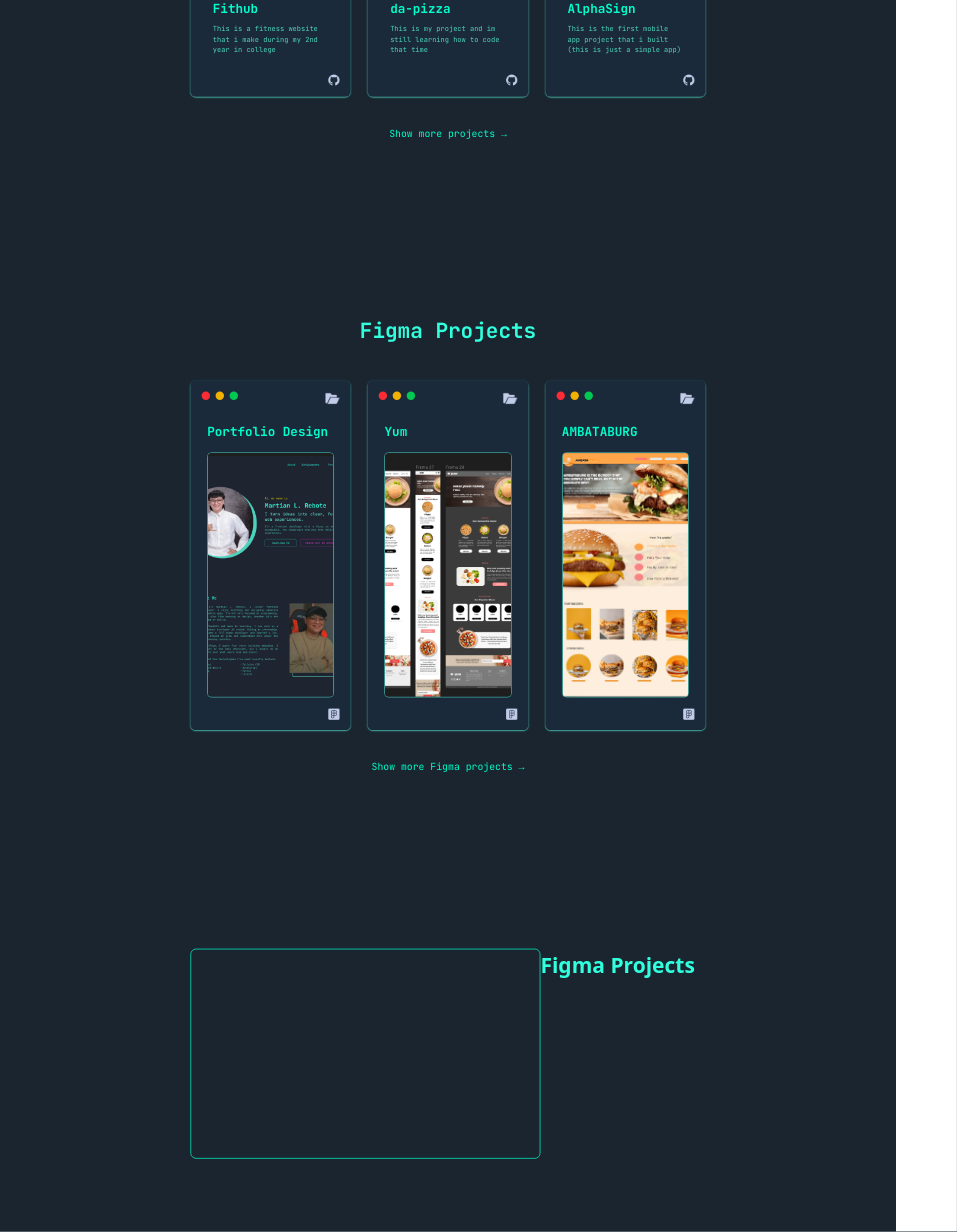
Repository: m4rsu-code/Portfolio
Page: / (app in my-portfolio/)
An editor plug-in stored every save of this project. The page is shown before and after the next save, followed by the edit.
The browser window is 1280 px wide. The page is 1367 px wide, so the pictures cover 1367 px, including what lies to the right of the window. The pictures show the part of the page from y = 3245 to 5005 px (the page is 5005 px tall before and 4927 px after), at 70% of full size.
The project was rebuilt for these pictures with package versions that can differ from the ones it lists, and the page was loaded fresh each time. Also part of the build but not shown: my-portfolio/vite.config.js, my-portfolio/src/assets/components/Modal/AchievementModal.jsx, my-portfolio/src/AchievementsPage.jsx, my-portfolio/src/ProjectPage.jsx, my-portfolio/src/FigmaProjectsPage.jsx.

Above is the page before, as saved 2025-08-04 18:12:13.

### my-portfolio/src/main.jsx
import { StrictMode } from "react";
import { createRoot } from "react-dom/client";
import { BrowserRouter as Router, Routes, Route } from "react-router-dom";
import "./assets/CSS/index.css";
import App from "./App.jsx";
import AchievementsPage from "./AchievementsPage.jsx";
import ProjectPage from "./ProjectPage.jsx";
import FigmaProjectsPage from "./FigmaProjectsPage.jsx";
import ScrollToTop from "./assets/components/ScrollToTop.jsx";

createRoot(document.getElementById("root")).render(
  <StrictMode>
    <Router>
      <ScrollToTop />
      <Routes>
        <Route path="/" element={<App />} />
        <Route path="/achievements" element={<AchievementsPage />} />
        <Route path="/projects" element={<ProjectPage />} />
        <Route path="/figma-projects" element={<FigmaProjectsPage />} />
      </Routes>
    </Router>
  </StrictMode>
);

### my-portfolio/src/assets/CSS/index.css
@import "tailwindcss";

@layer base {
  .font-jetbrains-mono {
    font-family: 'JetBrains Mono', monospace;
  }
}

### my-portfolio/src/App.jsx
import { useState } from 'react';
import { Link } from 'react-router-dom';
import Navbar from './assets/components/Navbar';
import AchievementModal from './assets/components/Modal/AchievementModal';
import './assets/CSS/animation.css';
import { achievements, projects, figmaProjects } from './assets/components/data';
import ScrollToTopButton from './assets/components/ScrollToTopButton';

function App() {
  const [isModalOpen, setIsModalOpen] = useState(false);
  const [selectedAchievement, setSelectedAchievement] = useState(null);

  const openModal = (achievement) => {
    setSelectedAchievement(achievement);
    setIsModalOpen(true);
  };

  const closeModal = () => {
    setIsModalOpen(false);
    setSelectedAchievement(null);
  };

  return (
    <div className='min-h-screen bg-[#1A252F]'>
      <Navbar />
      <ScrollToTopButton />
      <div className='w-full px-60 py-10'>
        {/* Introduction Section */}
        <div className="flex flex-col items-center justify-center mt-30">
          <div className="flex flex-col md:flex-row items-center justify-center gap-35 px-8 py-16">
            {/* Image with Glowing Effect */}
            <div className="relative">
              <div className="rounded-full border-[2px] border-[#00FFCC] overflow-hidden w-[500px] h-[500px] animate-glow">
                <img
                  src="/Images/me.png"
                  alt="Martian L. Rebote"
                  className="object-cover w-full h-full"
                />
              </div>
            </div>

            {/* Text Content */}
            <div className="text-center md:text-left font-jetbrains-mono">
              <div className='w-full md:w-[750px]'>
                <p className="text-[#FFEA00] text-[18px]">Hi, my name is</p>
                <h1 className="text-[#00FFCC] text-[45px] font-bold mt-2">Martian L. Rebote</h1>
                <p className="text-base text-[30px] font-bold text-[#57CDB9] mt-4">
                  I turn ideas into clean, functional web experiences.
                </p>
                <p className="mt-4 text-[#4CD2BC] leading-relaxed text-[18px]">
                  I’m a frontend developer with a focus on building fast, accessible, and responsive websites that deliver great user experiences.
                </p>
              </div>

              <div className="mt-6 flex flex-col sm:flex-row items-center gap-4">
                <a href="/Martian_Rebote_CV.pdf" className="border border-[#00FFCC] px-5 py-2 rounded-md text-[#00FFCC] hover:bg-[#00FFCC] hover:text-black transition-colors">
                  Download CV
                </a>
                <a href="#projects" className="border border-[#FF38E5] px-5 py-2 rounded-md text-[#FF38E5] hover:bg-[#FF38E5] hover:text-black transition-colors">
                  Check out my work!
                </a>
              </div>
            </div>
          </div>
        </div>

        {/* About Me Section */}
        <div id="about" className="flex flex-col mt-30">
          <div className='flex flex-col md:flex-row items-center justify-between gap-10 px-8 py-16'>
            <div className='w-full md:w-[800px] text-left font-jetbrains-mono'>
              <h2 className='text-[#31FFDD] text-[30px] font-bold mb-7'>About Me</h2>
              <div className='w-full md:w-[900px] text-justify px-5'>
                <p className='text-[#4CD2BC] text-[18px] mt-4'>
                  Hi, I’m Martian L. Rebote, a junior frontend developer. I enjoy building and designing websites and mobile apps. I’m not only focused on programming, but I also like working on design, whether it’s for the web or mobile.
                </p>
                <p className='text-[#4CD2BC] text-[18px] mt-4'>
                  I’m flexible and open to learning. I can work as a full-stack developer if needed. During my internship, I became a full-stack developer and learned a lot, which helped me grow and understand more about the programming industry.
                </p>
                <p className='text-[#4CD2BC] text-[18px] mt-4'>
                  Some of the technologies I’ve used recently include:
                </p>

                <div className='flex flex-col sm:flex-row gap-10 mt-4'>
                  <ul className='text-[#4CD2BC] text-[18px] mt-2 list-disc pl-5'>
                    <li>React</li>
                    <li>React-Native</li>
                    <li>HTML</li>
                    <li>CSS</li>
                  </ul>
                  <ul className='text-[#4CD2BC] text-[18px] mt-2 list-disc pl-5'>
                    <li>Tailwind CSS</li>
                    <li>JavaScript</li>
                    <li>Python</li>
                    <li>Laravel</li>
                  </ul>
                </div>
              </div>
            </div>

            <div className="relative image-container w-[380px] h-[450px] group cursor-pointer">
              <div className="absolute left-5 w-full h-full border-3 border-[#00FFCC] rounded-[10px] uneven-box z-0 transition-transform duration-300 ease-in-out"></div>
              <div className="relative z-10 rounded-[10px] overflow-hidden w-full h-full transition-transform duration-300 ease-in-out group-hover:translate-x-[-10px] group-hover:translate-y-[-10px]">
                <img
                  src="/Images/me2.jpg"
                  alt="Martian L. Rebote"
                  className="object-cover w-full h-full"
                />
              </div>
            </div>
          </div>
        </div>

        {/* Achievements Section */}
        <div id="achievements" className="flex flex-col mt-30 px-8 py-16 font-jetbrains-mono">
          <h2 className="text-[#31FFDD] text-[30px] font-bold mb-12">Notable Achievements</h2>

          {/* Cards Grid - Limited to first 2 achievements */}
          <div>
            {/* First Row */}
            <div className="grid md:grid-cols-2 gap-10">
              {/* Left card (code-like box with image) */}
              <div className="bg-[#1B2A3A] rounded-lg p-4 flex flex-col h-96">
                <div className="flex gap-2 mb-4">
                  <div className="w-3 h-3 bg-red-500 rounded-full"></div>
                  <div className="w-3 h-3 bg-yellow-500 rounded-full"></div>
                  <div className="w-3 h-3 bg-green-500 rounded-full"></div>
                </div>
                <div
                  className="border border-[#4CD2BC] rounded-md flex-grow overflow-hidden group cursor-pointer"
                  onClick={() => openModal(achievements[0])}
                >
                  <img
                    src={achievements[0].image}
                    alt="Achievement Image"
                    className="w-full h-full object-cover transition-transform duration-300 ease-in-out group-hover:scale-110"
                  />
                </div>
              </div>

              {/* Right card (trophy + achievement with text) */}
              <div className="flex flex-col h-64">
                <p className="text-[#31FFDD] text-sm mb-2">Featured Achievement</p>
                <h3 className="text-[#31FFDD] text-lg font-bold flex items-center gap-2">
                  🏆 {achievements[0].title}
                </h3>
                <div className="border border-[#4CD2BC] rounded-md flex-grow mt-4 p-4 text-[#4CD2BC] text-sm overflow-auto">
                  {achievements[0].description}
                </div>
                <p className="text-[#4CD2BC] text-sm mt-2">Date: {achievements[0].date}</p>
              </div>
            </div>

            {/* Second Row */}
            <div className="grid md:grid-cols-2 gap-10 mt-10">
              {/* Left card (trophy + achievement with text) */}
              <div className="flex flex-col h-64">
                <p className="text-[#31FFDD] text-sm mb-2">Featured Achievement</p>
                <h3 className="text-[#31FFDD] text-lg font-bold flex items-center gap-2">
                  🏆 {achievements[1].title}
                </h3>
                <div className="border border-[#4CD2BC] rounded-md flex-grow mt-4 p-4 text-[#4CD2BC] text-sm overflow-auto">
                  {achievements[1].description}
                </div>
                <p className="text-[#4CD2BC] text-sm mt-2">Date: {achievements[1].date}</p>
              </div>

              {/* Right card (code-like box with image) */}
              <div className="bg-[#1B2A3A] rounded-lg p-4 flex flex-col h-96">
                <div className="flex gap-2 mb-4">
                  <div className="w-3 h-3 bg-red-500 rounded-full"></div>
                  <div className="w-3 h-3 bg-yellow-500 rounded-full"></div>
                  <div className="w-3 h-3 bg-green-500 rounded-full"></div>
                </div>
                <div
                  className="border border-[#4CD2BC] rounded-md flex-grow overflow-hidden group cursor-pointer"
                  onClick={() => openModal(achievements[1])}
                >
                  <img
                    src={achievements[1].image}
                    alt="Achievement Image"
                    className="w-full h-full object-cover transition-transform duration-300 ease-in-out group-hover:scale-110"
                  />
                </div>
              </div>
            </div>
          </div>

          {/* Show more link */}
          <div className="text-center mt-10">
            <Link
                to="/achievements"
                state={{ achievements }}
                className="text-[#31FFDD] text-sm hover:underline"
              >
                Show more achievements →
              </Link>
          </div>
        </div>

        {/* Project Section */}
        <div id='projects' className="flex flex-col mt-30 px-8 py-16 font-jetbrains-mono">
          <h2 className="text-[#31FFDD] text-[30px] text-center font-bold mb-12">Featured Projects</h2>
          <div className="grid grid-cols-1 sm:grid-cols-2 lg:grid-cols-3 gap-6">
            {projects.slice(0, 6).map((project) => (
              <div
                key={project.id}
                className="bg-[#1B2A3A] rounded-lg p-4 flex flex-col h-48 relative group shadow-xs shadow-[#4CD2BC] cursor-pointer transform transition-transform duration-300 ease-in-out hover:-translate-y-2"
              >
                <div className="flex gap-2">
                  <div className="w-3 h-3 bg-red-500 rounded-full"></div>
                  <div className="w-3 h-3 bg-yellow-500 rounded-full"></div>
                  <div className="w-3 h-3 bg-green-500 rounded-full"></div>
                  <div className="justify-end ml-auto">
                    <img src="/Images/open-folder.png" alt="Folder Icon" className="w-5 h-5" />
                  </div>
                </div>
                <div className="text-left rounded-md flex-grow p-4">
                  <h3 className="text-[#00FFCC] text-[18px] font-bold mb-2">{project.title}</h3>
                  <p className="text-[#4CD2BC] text-[10px]">{project.description}</p>
                </div>
                <div className="flex justify-end gap-2">
                  {project.githubLink ? (
                    <a href={project.githubLink} target="_blank" rel="noopener noreferrer" aria-label={`View ${project.title} on GitHub`}>
                      <img
                        src="/Images/github.png"
                        alt="GitHub Icon"
                        className="w-4 h-4 hover:invert hover:brightness-0 hover:sepia hover:saturate-[100%]"
                      />
                    </a>
                  ) : (
                    <img
                      src="/Images/github.png"
                      alt="GitHub Icon"
                      className="w-4 h-4 hover:invert hover:brightness-0 hover:sepia hover:saturate-[100%]"
                    />
                  )}
                  {project.title === 'Portfolio' && project.link && (
                    <a href={project.link} target="_blank" rel="noopener noreferrer" aria-label="View Portfolio Website">
                      <img
                        src="/Images/link.png"
                        alt="Link Icon"
                        className="w-4 h-4 hover:invert hover:brightness-0 hover:sepia hover:saturate-[100%]"
                      />
                    </a>
                  )}
                </div>
              </div>
            ))}
          </div>

          {projects.length > 6 && (
            <div className="text-center mt-10">
              <Link
                to="/projects"
                state={{ projects }}
                className="text-[#00FFCC] text-sm hover:underline"
              >
                Show more projects →
              </Link>
            </div>
          )}
        </div>

        {/* Figma Projects Section */}
        <div className="flex flex-col mt-30 px-8 py-16 font-jetbrains-mono">
          <h2 className="text-[#31FFDD] text-[30px] text-center font-bold mb-12">Figma Projects</h2>
          <div className="grid grid-cols-1 sm:grid-cols-2 lg:grid-cols-3 gap-6">
            {figmaProjects.slice(0, 3).map((project) => (
              <div
                key={project.id}
                className="bg-[#1B2A3A] rounded-lg p-4 flex flex-col h-[500px] relative group shadow-xs shadow-[#4CD2BC] cursor-pointer transform transition-transform duration-300 ease-in-out hover:-translate-y-2"
              >
                {/* Header with window controls and folder icon */}
                <div className="flex gap-2 mb-4">
                  <div className="w-3 h-3 bg-red-500 rounded-full"></div>
                  <div className="w-3 h-3 bg-yellow-500 rounded-full"></div>
                  <div className="w-3 h-3 bg-green-500 rounded-full"></div>
                  <div className="justify-end ml-auto">
                    <img src="/Images/open-folder.png" alt="Folder Icon" className="w-5 h-5" />
                  </div>
                </div>

                {/* Project Title */}
                <div className="flex items-start justify-start p-2">
                  <h3 className="text-[#00FFCC] text-[18px] font-bold">{project.title}</h3>
                </div>

                {/* Image with Border and No Overlap */}
                <div className="flex-grow flex items-center justify-center p-2">
                  <div className="border border-[#4CD2BC] rounded-md w-full h-[350px] overflow-hidden ">
                    <img
                      src={project.image}
                      alt={`${project.title} Image`}
                      className="w-full h-full object-cover"
                      onError={(e) => (e.target.src = '/Images/fallback.png')}
                      loading="lazy"
                    />
                  </div>
                </div>

                {/* Figma Link */}
                <div className="flex justify-end gap-2 mt-2">
                  {project.figmaLink && (
                    <a
                      href={project.figmaLink}
                      target="_blank"
                      rel="noopener noreferrer"
                      aria-label={`View ${project.title} on Figma`}
                    >
                      <img
                        src="/Images/figma.png"
                        alt="Figma Icon"
                        className="w-4 h-4 hover:invert hover:brightness-0 hover:sepia hover:saturate-[100%]"
                      />
                    </a>
                  )}
                </div>
              </div>
            ))}
          </div>
          {figmaProjects.length > 3 && (
            <div className="text-center mt-10">
              <Link
                to="/figma-projects"
                state={{ figmaProjects }}
                className="text-[#00FFCC] text-sm hover:underline"
              >
                Show more Figma projects →
              </Link>
            </div>
          )}
        </div>

        {/* Contact section */}
        <div className='className="flex flex-col mt-30 px-8 py-16 font-jetbrains-mono"'>
          <div className='flex'>
            <div className='border border-[#00FFCC] w-[500px] rounded-lg h-[300px]'></div>
            <h2 className="text-[#31FFDD] text-[30px] text-center font-bold mb-12">Figma Projects</h2>
          </div>
        </div>

        {/* Modal */}
        {isModalOpen && selectedAchievement && (
          <AchievementModal
            image={selectedAchievement.image}
            title={selectedAchievement.title}
            description={selectedAchievement.description}
            date={selectedAchievement.date}
            onClose={closeModal}
          />
        )}
      </div>
    </div>
  );
}

export default App;

### my-portfolio/src/assets/components/ScrollToTop.jsx
import { useEffect } from 'react';
import { useLocation } from 'react-router-dom';

const ScrollToTop = () => {
  const { pathname } = useLocation();

  useEffect(() => {
    // Scrolls to the top of the window on pathname change
    window.scrollTo(0, 0);
  }, [pathname]);

  return null;
};

export default ScrollToTop;

### my-portfolio/src/assets/components/Navbar.jsx
import React from 'react';
import '../CSS/Navbar.css'; // Import the CSS for styling

function Navbar() {
  return (
    <nav className="w-full px-10 py-4 flex justify-between items-center fixed top-0 left-0 z-50 bg-transparent backdrop-blur-md font-jetbrains-mono">
      {/* Logo on the left */}
      <a href="/" className='text-3xl font-bold text-[#FF38E5] cursor-pointer'>m4rsu</a>
      {/* Navigation links on the right */}
      <div className='flex gap-10 text-base'>
        <a href='#about' className='text-[#31FFDD] text-[15px] font-light nav-link'>About</a>
        <a href='#achievements' className='text-[#31FFDD] text-[15px] font-light nav-link'>Achievements</a>
        <a href='#projects' className='text-[#31FFDD] text-[15px] font-light nav-link'>Projects</a>
        <a href='#contact' className='text-[#31FFDD] text-[15px] font-light nav-link'>Contact</a>
      </div>
    </nav>
  );
}

export default Navbar;

### my-portfolio/src/assets/CSS/animation.css
@keyframes glow {
  0% {
    box-shadow: 0 0 5px #00FFCC, 0 0 10px #00FFCC, 0 0 15px #00FFCC, 0 0 20px #00FFCC;
  }
  50% {
    box-shadow: 0 0 10px #00FFCC, 0 0 20px #00FFCC, 0 0 30px #00FFCC, 0 0 40px #00FFCC;
  }
  100% {
    box-shadow: 0 0 5px #00FFCC, 0 0 10px #00FFCC, 0 0 15px #00FFCC, 0 0 20px #00FFCC;
  }
}

@keyframes glow {
  0% {
    box-shadow: 0 0 5px #00FFCC, 0 0 10px #00FFCC;
  }
  50% {
    box-shadow: 0 0 15px #00FFCC, 0 0 25px #00FFCC;
  }
  100% {
    box-shadow: 0 0 5px #00FFCC, 0 0 10px #00FFCC;
  }
}

.animate-glow {
  animation: glow 2s ease-in-out infinite;
}

.uneven-box {
  transform: translateY(20px); /* move it downward initially */

  transition: transform 0.3s ease-in-out;
}

.image-container:hover .uneven-box {
  transform: translateY(30px); /* move it further down on hover */
}

### my-portfolio/src/assets/CSS/Navbar.css
.nav-link {
  position: relative;
  text-decoration: none;
}

.nav-link::after {
  content: '';
  position: absolute;
  width: 100%;
  height: 2px;
  bottom: -2px;
  left: 0;
  background-color: #31FFDD;
  transform: scaleX(0);
  transform-origin: bottom right;
  transition: transform 0.3s ease-in-out;
}

.nav-link:hover::after {
  transform: scaleX(1);
  transform-origin: bottom left;
}

Loaded but not shown: my-portfolio/index.html (common file); my-portfolio/src/assets/components/data.jsx (105 lines, source omitted); my-portfolio/src/assets/components/ScrollToTopButton.jsx (68 lines, source omitted)

After the next save:
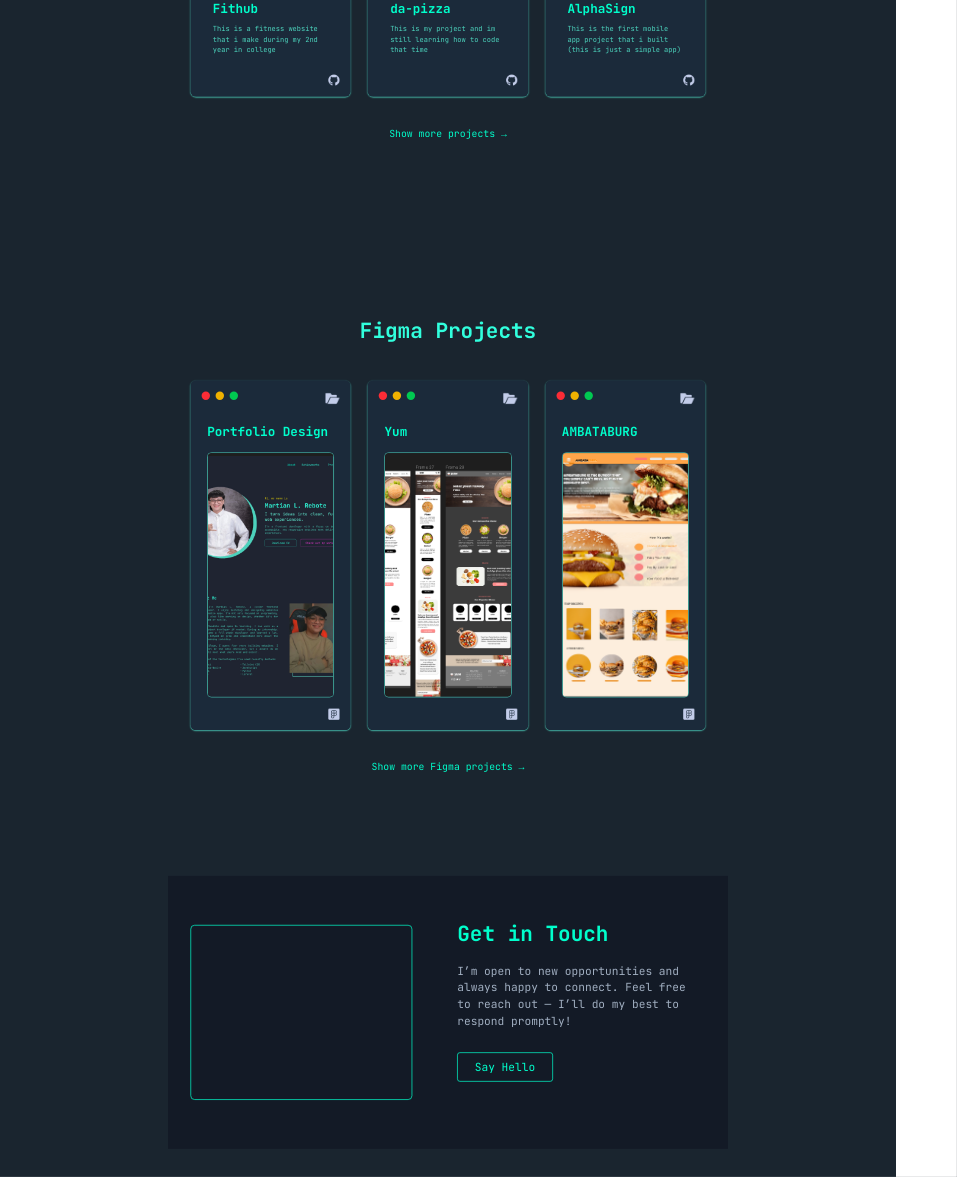
Saved 95 s later.
--- a/my-portfolio/src/App.jsx
+++ b/my-portfolio/src/App.jsx
@@ -332,12 +332,41 @@ function App() {
         </div>
 
         {/* Contact section */}
-        <div className='className="flex flex-col mt-30 px-8 py-16 font-jetbrains-mono"'>
-          <div className='flex'>
-            <div className='border border-[#00FFCC] w-[500px] rounded-lg h-[300px]'></div>
-            <h2 className="text-[#31FFDD] text-[30px] text-center font-bold mb-12">Figma Projects</h2>
-          </div>
-        </div>
+        <div className="flex flex-col items-center justify-center mt-20 px-8 py-16 font-jetbrains-mono text-white bg-[#131A26]">
+          <div className="flex flex-col md:flex-row items-center justify-center gap-16 max-w-6xl w-full">
+
+            {/* Left side — the outlined box */}
+            <div className="border border-[#00FFCC] w-[300px] h-[200px] md:w-[400px] md:h-[250px] rounded-md"></div>
+
+            {/* Right side — text, button, and icons */}
+            <div className="text-center md:text-left">
+              <h2 className="text-[#00FFCC] text-2xl md:text-3xl font-bold mb-6">Get in Touch</h2>
+              <p className="text-[#A0AEC0] text-sm md:text-base mb-8 max-w-md">
+                I’m open to new opportunities and always happy to connect. Feel free to reach out — I’ll do my best to respond promptly!
+              </p>
+              <button className="border border-[#00FFCC] text-[#00FFCC] px-6 py-2 rounded hover:bg-[#00FFCC] hover:text-[#131A26] transition duration-300 mb-8">
+                Say Hello
+              </button>
+
+              {/* Social icons */}
+              <div className="flex items-center justify-center md:justify-start gap-4 text-[#A0AEC0]">
+                <a href="#" className="hover:text-[#00FFCC]">
+                  <i className="fab fa-facebook text-2xl"></i>
+                </a>
+                <a href="#" className="hover:text-[#00FFCC]">
+                  <i className="fab fa-instagram text-2xl"></i>
+                </a>
+                <a href="#" className="hover:text-[#00FFCC]">
+                  <i className="fab fa-x-twitter text-2xl"></i>
+                </a>
+                <a href="#" className="hover:text-[#00FFCC]">
+                  <i className="fab fa-linkedin text-2xl"></i>
+                </a>
+              </div>
+            </div>
+          </div>
+        </div>
+
 
         {/* Modal */}
         {isModalOpen && selectedAchievement && (
